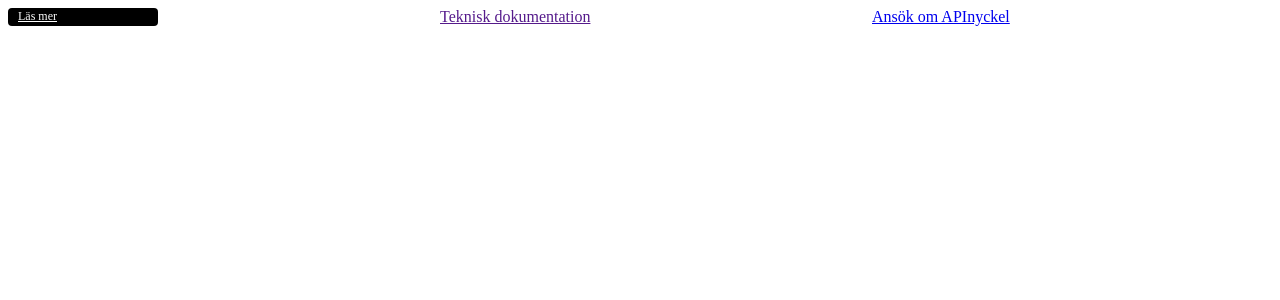
Repository: rudasn/docsy-cms-netlify
Page: layouts/partials/link.html
These files come from the project's save history. The page is drawn as it stood at one moment and after a run of saves; the edit follows.
The browser window is 1280 px wide. The pictures show the whole page.

Above is the page before, as saved 2021-05-11 12:48:32.

After the next 4 saves:
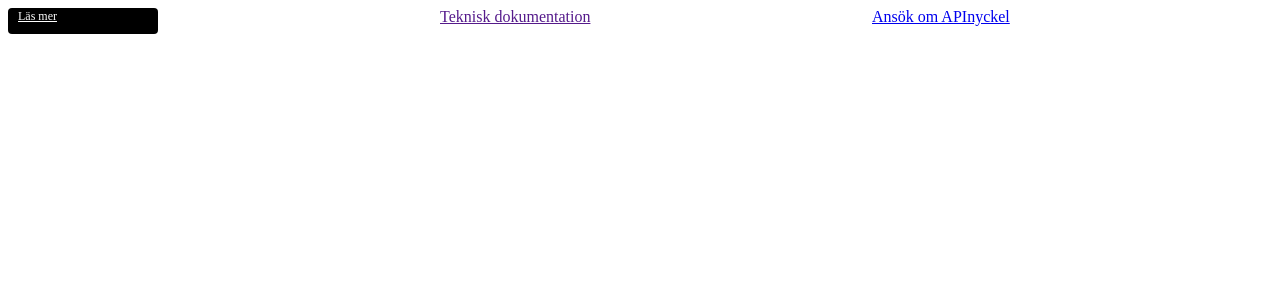
The 4 saves are shown as one change because they came seconds apart.
The last was saved 10 s later.
--- a/layouts/partials/link.html
+++ b/layouts/partials/link.html
@@ -8,7 +8,7 @@ max-width: 35%;
 
 padding: 1px 0px;
 padding-left: 10px;
-
+padding-bottom: 10px;
 font-size: 12px;
 
 
